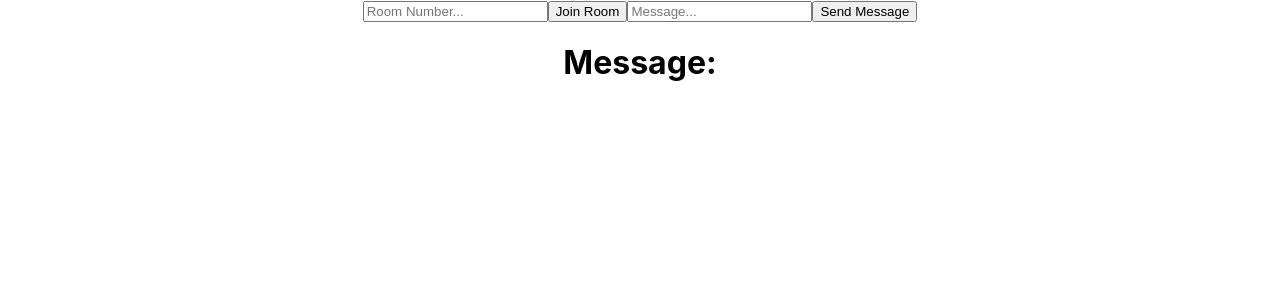
Repository: chadrackkyungu/socket-io
Page: / (app in client/)
These files come from the project's save history. The page is drawn as it stood at one moment and after the next save; the edit follows.
The browser window is 1280 px wide. The pictures show the whole page.
The page's requests for data from a server got no answer. The project was rebuilt for these pictures with package versions that can differ from the ones it lists, and the page was loaded fresh each time. No one was signed in, and anything a server would have sent is missing.

Above is the page before, as saved 2023-02-02 14:03:15.

After the next save:
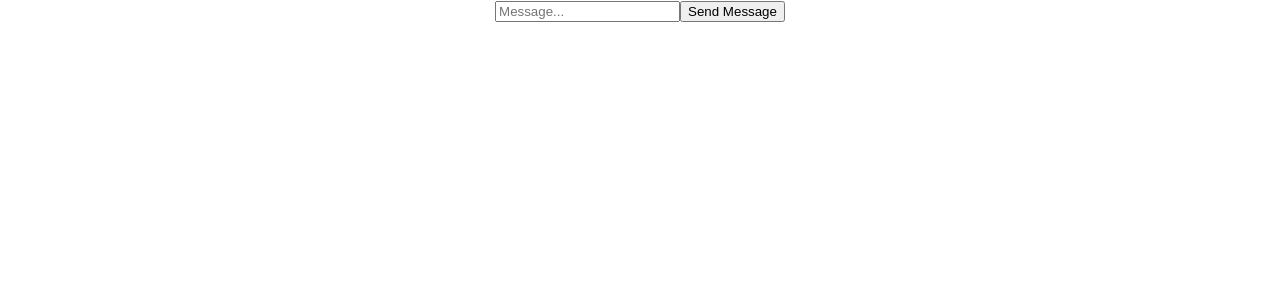
Saved 4 min 13 s later.
--- a/client/src/App.js
+++ b/client/src/App.js
@@ -12,32 +12,35 @@ function App() {
   const [message, setMessage] = useState("");
   const [messageReceived, setMessageReceived] = useState("");
 
-  const joinRoom = () => {
-    if (room !== "") {
-      socket.emit("join_room", room);
-    }
-  };
-
   const sendMessage = () => {
     socket.emit("send_message", { message, room });
   };
 
-  useEffect(() => {
-    socket.on("receive_message", (data) => {
-      setMessageReceived(data.message);
-    });
-  }, [socket]);
+  // const joinRoom = () => {
+  //   if (room !== "") {
+  //     socket.emit("join_room", room);
+  //   }
+  // };
+
+
+  // useEffect(() => {
+  //   socket.on("receive_message", (data) => {
+  //     setMessageReceived(data.message);
+  //   });
+  // }, [socket]);
 
 
   return (
     <div className="App">
-      <input
+      {/* <input
         placeholder="Room Number..."
         onChange={(event) => {
           setRoom(event.target.value);
         }}
       />
-      <button onClick={joinRoom}> Join Room</button>
+      <button onClick={joinRoom}> Join Room</button> */}
+
+
       <input
         placeholder="Message..."
         onChange={(event) => {
@@ -45,8 +48,10 @@ function App() {
         }}
       />
       <button onClick={sendMessage}> Send Message</button>
-      <h1> Message:</h1>
-      {messageReceived}
+      {/* <h1> Message:</h1>
+      {messageReceived} */}
+
+
     </div>
   );
 }
